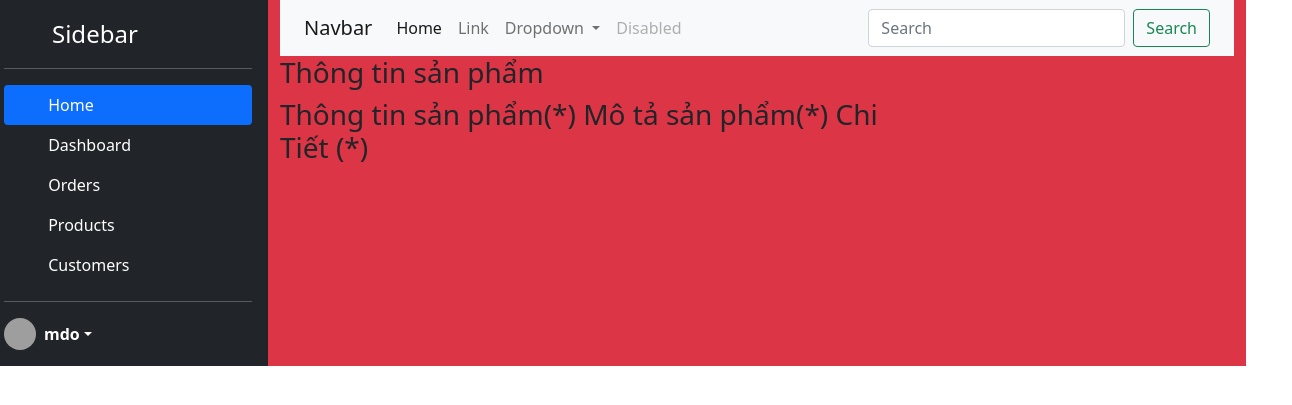
Repository: Lehuyhuynh/BT12-BOOTSTRAP
Page: index.html
These files come from the project's save history. The page is drawn as it stood at one moment and after the next save; the edit follows.
The browser window is 1280 px wide. The page is 1292 px wide, so the pictures cover 1292 px, including what lies to the right of the window. The pictures show the whole page.
Pictures or frames that could not be fetched are drawn as grey boxes.

Above is the page before, as saved 2023-08-19 22:14:35.

After the next save:
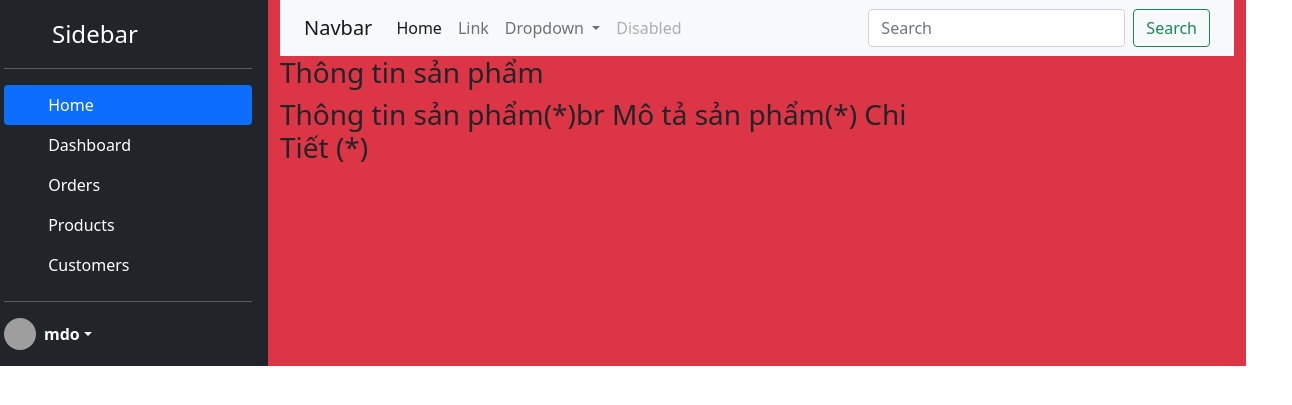
Saved 18 s later.
--- a/index.html
+++ b/index.html
@@ -106,7 +106,8 @@
 
             <div class="product">
 
-              <span>Thông tin sản phẩm(*)</span>
+              <span>Thông tin sản phẩm(*)</span>br
+
 
               <span>Mô tả sản phẩm(*)</span>
 
